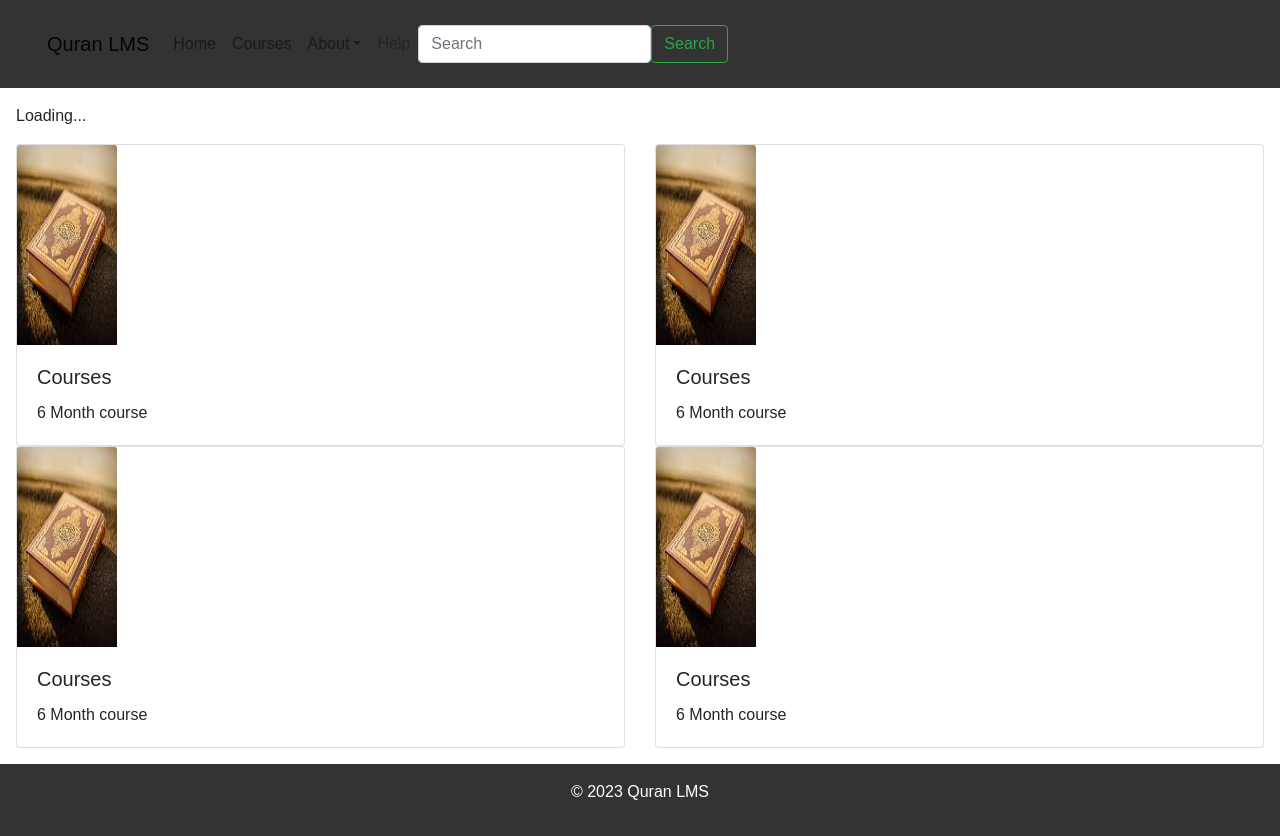
Repository: talha-mahmood/Quran-Lms-react
Page: /
These files come from the project's save history. The page is drawn as it stood at one moment and after the next save; the edit follows.
The browser window is 1280 px wide. The pictures show the whole page.
The page's requests for data from a server got no answer. The project was rebuilt for these pictures with package versions that can differ from the ones it lists, and the page was loaded fresh each time. No one was signed in, and anything a server would have sent is missing.

Above is the page before, as saved 2023-03-08 01:57:44.

### public/index.html
<!DOCTYPE html>
<html lang="en">
  <head>
    <meta charset="utf-8" />
    <link rel="icon" href="%PUBLIC_URL%/favicon.ico" />
    <meta name="viewport" content="width=device-width, initial-scale=1" />
    <meta name="theme-color" content="#000000" />
    <meta
      name="description"
      content="Web site created using create-react-app"
    />

    <link rel="apple-touch-icon" href="%PUBLIC_URL%/logo192.png" />
    <link rel="stylesheet" href="https://cdn.jsdelivr.net/npm/bootstrap@4.4.1/dist/css/bootstrap.min.css" integrity="sha384-Vkoo8x4CGsO3+Hhxv8T/Q5PaXtkKtu6ug5TOeNV6gBiFeWPGFN9MuhOf23Q9Ifjh" crossorigin="anonymous">
    <script src="https://code.jquery.com/jquery-3.4.1.slim.min.js" integrity="sha384-J6qa4849blE2+poT4WnyKhv5vZF5SrPo0iEjwBvKU7imGFAV0wwj1yYfoRSJoZ+n" crossorigin="anonymous"></script>
   <script src="https://cdn.jsdelivr.net/npm/popper.js@1.16.0/dist/umd/popper.min.js" integrity="sha384-Q6E9RHvbIyZFJoft+2mJbHaEWldlvI9IOYy5n3zV9zzTtmI3UksdQRVvoxMfooAo" crossorigin="anonymous"></script>
   <script src="https://cdn.jsdelivr.net/npm/bootstrap@4.4.1/dist/js/bootstrap.min.js" integrity="sha384-wfSDF2E50Y2D1uUdj0O3uMBJnjuUD4Ih7YwaYd1iqfktj0Uod8GCExl3Og8ifwB6" crossorigin="anonymous"></script>
    <!--
      manifest.json provides metadata used when your web app is installed on a
      user's mobile device or desktop. See https://developers.google.com/web/fundamentals/web-app-manifest/
    -->
    <link rel="manifest" href="%PUBLIC_URL%/manifest.json" />
    <!--
      Notice the use of %PUBLIC_URL% in the tags above.
      It will be replaced with the URL of the `public` folder during the build.
      Only files inside the `public` folder can be referenced from the HTML.

      Unlike "/favicon.ico" or "favicon.ico", "%PUBLIC_URL%/favicon.ico" will
      work correctly both with client-side routing and a non-root public URL.
      Learn how to configure a non-root public URL by running `npm run build`.
    -->
    <title>React App</title>
  </head>
  <body>
    <noscript>You need to enable JavaScript to run this app.</noscript>
    <div id="root"></div>

    <!--
      This HTML file is a template.
      If you open it directly in the browser, you will see an empty page.

      You can add webfonts, meta tags, or analytics to this file.
      The build step will place the bundled scripts into the <body> tag.

      To begin the development, run `npm start` or `yarn start`.
      To create a production bundle, use `npm run build` or `yarn build`.
    -->
  </body>
</html>

### src/App.js
import './App.css';
import React,{Component} from 'react';
import Button from 'react-bootstrap/Button';
import Container from 'react-bootstrap/Container';
import Form from 'react-bootstrap/Form';
import Nav from 'react-bootstrap/Nav';
import Navbar from 'react-bootstrap/Navbar';
import NavDropdown from 'react-bootstrap/NavDropdown';
import Card from 'react-bootstrap/Card';
import Col from 'react-bootstrap/Col';
import Row from 'react-bootstrap/Row';
import myimg from './download.jpeg'
class QuranLMS extends Component {
  state = {
    verses: [],
    isLoading: true
  };

  async componentDidMount() {
    const response = await fetch("https://api.quran.com/api/v4/quran/verses/uthmani?chapter_number=1");
    const data = await response.json();
    this.setState({
      verses: data.verses,
      isLoading: false
    });
  }

  render() {
    const { verses, isLoading } = this.state;
    return (
      <div>


          <div>
          <header>
          <Navbar bg="" expand="lg" >
      <Container fluid>
        <Navbar.Brand href="#" >Quran LMS</Navbar.Brand>
        <Navbar.Toggle aria-controls="navbarScroll" />
        <Navbar.Collapse id="navbarScroll">
          <Nav
            className="me-auto my-2 my-lg-0"
            style={{ maxHeight: '100px' }}
            navbarScroll
          >
            <Nav.Link href="#action1">Home</Nav.Link>
            <Nav.Link href="#action2">Courses</Nav.Link>
            <NavDropdown title="About" id="navbarScrollingDropdown">
              <NavDropdown.Item href="#action3">Register</NavDropdown.Item>
              <NavDropdown.Item href="#action4">
                Another action
              </NavDropdown.Item>
              <NavDropdown.Divider />
              <NavDropdown.Item href="#action5">
                Something else here
              </NavDropdown.Item>
            </NavDropdown>
            <Nav.Link href="#" disabled>
              Help
            </Nav.Link>
          </Nav>
          <Form className="d-flex">
            <Form.Control
              type="search"
              placeholder="Search"
              className="me-2"
              aria-label="Search"
            />
            <Button variant="outline-success">Search</Button>
          </Form>
        </Navbar.Collapse>
      </Container>
    </Navbar>
    </header>
          </div>



        <main>
          {isLoading ? (
            <p>Loading...</p>
          ) : (
            verses.map((verse) => (
              <p key={verse.id}>{verse.text_uthmani}</p>
            ))
          )}
          <div>
          <Row xs={1} md={2} className="g-4">
      {Array.from({ length: 4 }).map((_, idx) => (
        <Col>
          <Card>
            <Card.Img variant="top" src={myimg} />

            <Card.Body>
              <Card.Title>Courses</Card.Title>
              <Card.Text>
                6 Month course
              </Card.Text>
            </Card.Body>
          </Card>
        </Col>
      ))}
    </Row>
          </div>

        </main>
        <footer>
          <p>&copy; 2023 Quran LMS</p>
        </footer>
      </div>
    );
  }
}

export default QuranLMS;

### src/App.css
body {
  font-family: Arial, sans-serif;
  margin: 0;
}

header {
  background-color: #333;
  color: #fff;
  padding: 1em;
}

header h1 {
  margin: 0;
}

main {
  padding: 1em;
}

footer {
  background-color: #333;
  color: #fff;
  padding: 1em;
  text-align: center;
}
img{
  height:200px;
  max-width:100px;
}

Loaded but not shown: src/index.js (common file); src/index.css (common file); src/reportWebVitals.js (common file)

After the next save:
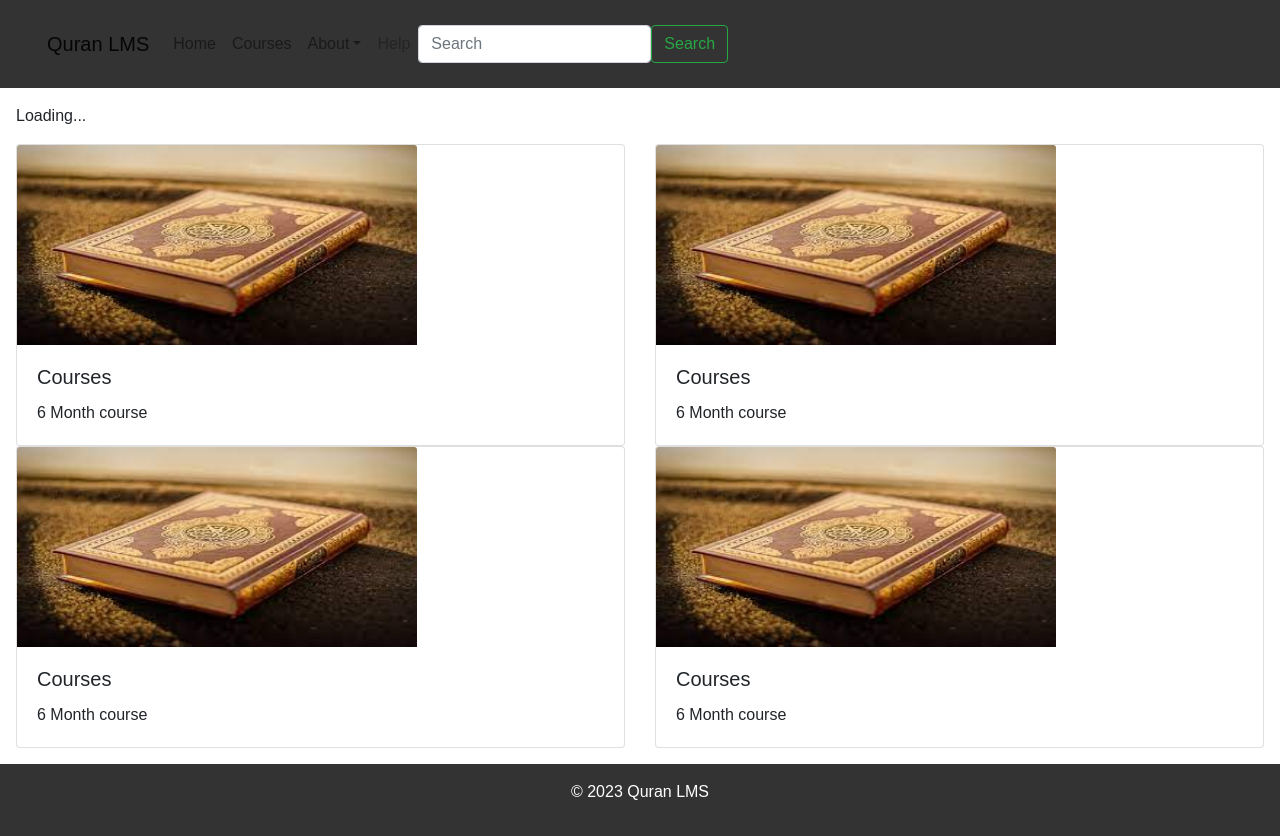
Saved 14 s later.
--- a/src/App.css
+++ b/src/App.css
@@ -25,5 +25,5 @@ footer {
 }
 img{
   height:200px;
-  max-width:100px;
+  max-width:400px;
 }
